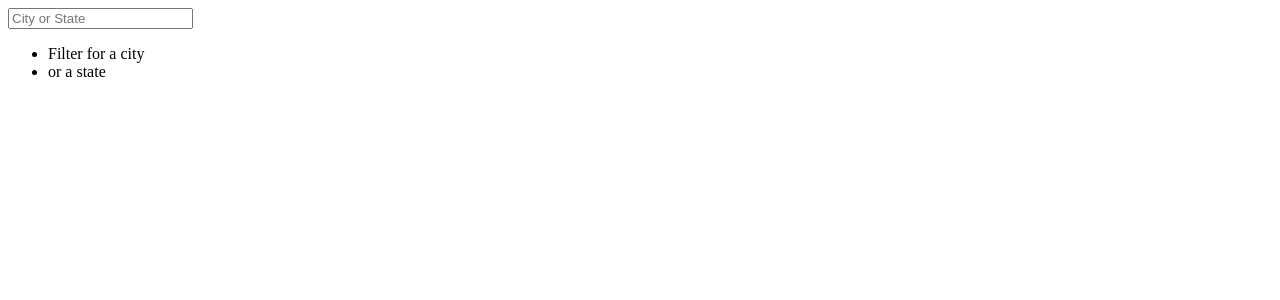
Repository: Saieebawake/Type-Ahead-City-or-State-Search
Page: index.html
The author's editor kept a copy of each file at every save. The page is drawn from the files as they stood at one save, then again after a run of saves.
The browser window is 1280 px wide. The pictures show the whole page.
The page's requests for data from a server got no answer.

Above is the page before, as saved 2026-09-27 20:31:56.

After the next 4 saves:
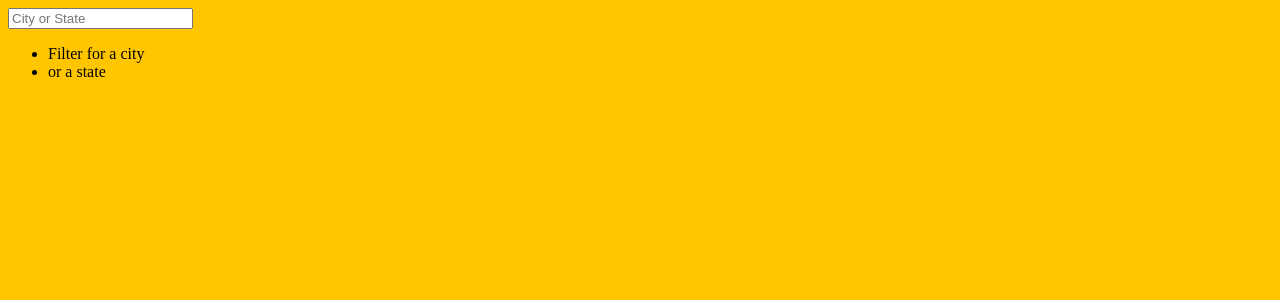
The 4 saves are shown as one change because they came seconds apart.
The last was saved 16 s later.
--- a/style.css
+++ b/style.css
@@ -1,4 +1,4 @@
 html {
     box-sizing: border-box;
-
+    background: #ffc600
 }
